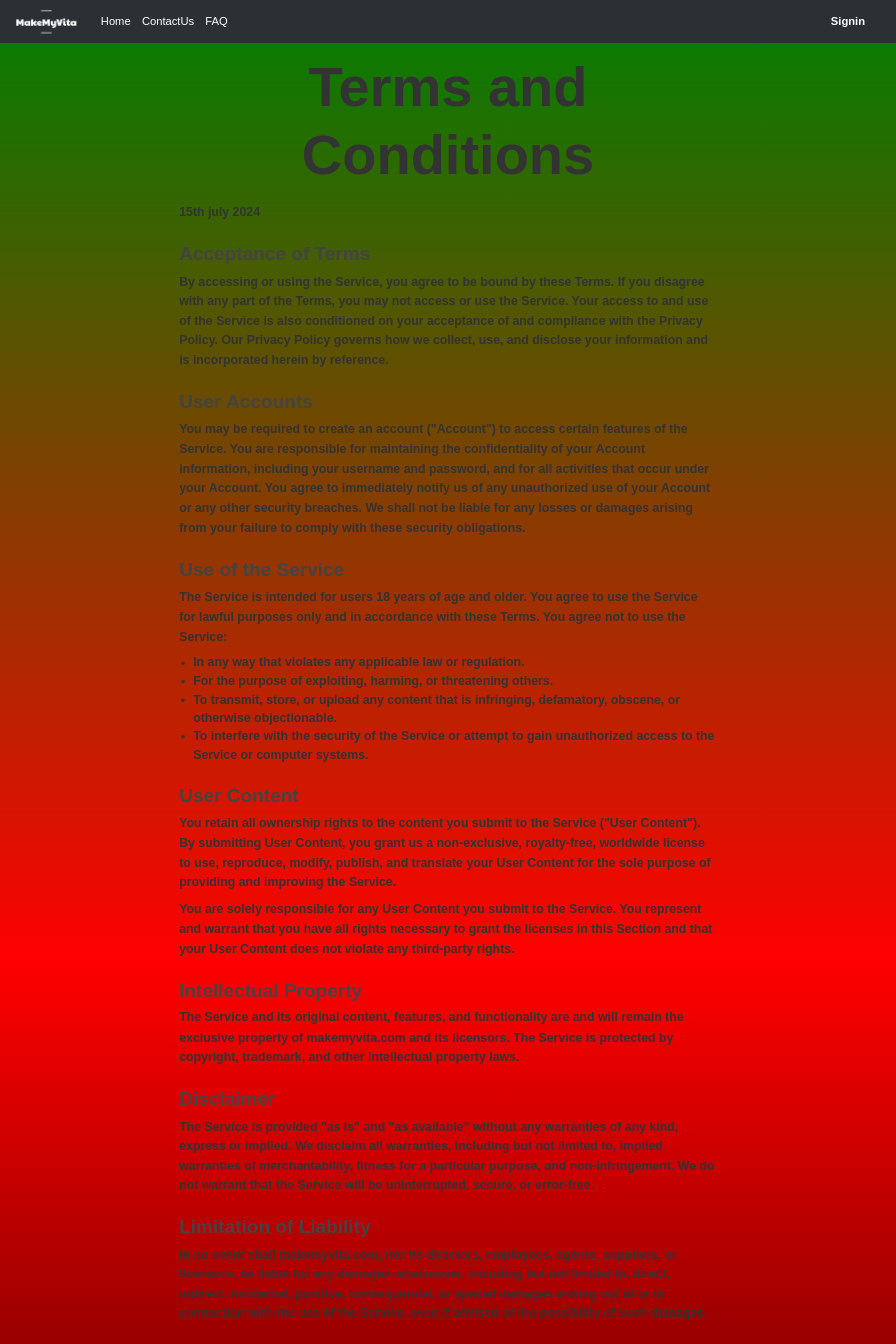
Repository: Tejaakshaykumar/MakeMyVita-Resume-Builder-Website
Page: /T&C (app in frontend/)
The author's editor kept a copy of each file at every save. The page is drawn from the files as they stood at one save, then again after the next save.
The browser window is 1280 px wide. The pictures show the part of the page from y = 0 to 1920 px (the page is 2936 px tall), at 70% of full size.
Some web libraries are served in a nearby version. The project was rebuilt for these pictures with package versions that can differ from the ones it lists, and the page was loaded fresh each time. Also part of the build but not shown: frontend/src/App.css, frontend/src/containers/About.js, frontend/src/containers/Buildresume.js, frontend/src/containers/Images.js, frontend/src/containers/Features.js, frontend/src/containers/Review.js, frontend/src/containers/Trybox.js, frontend/src/containers/Motionbox.js and 5 more.

Above is the page before, as saved 2024-06-10 11:45:35.

After the next save:
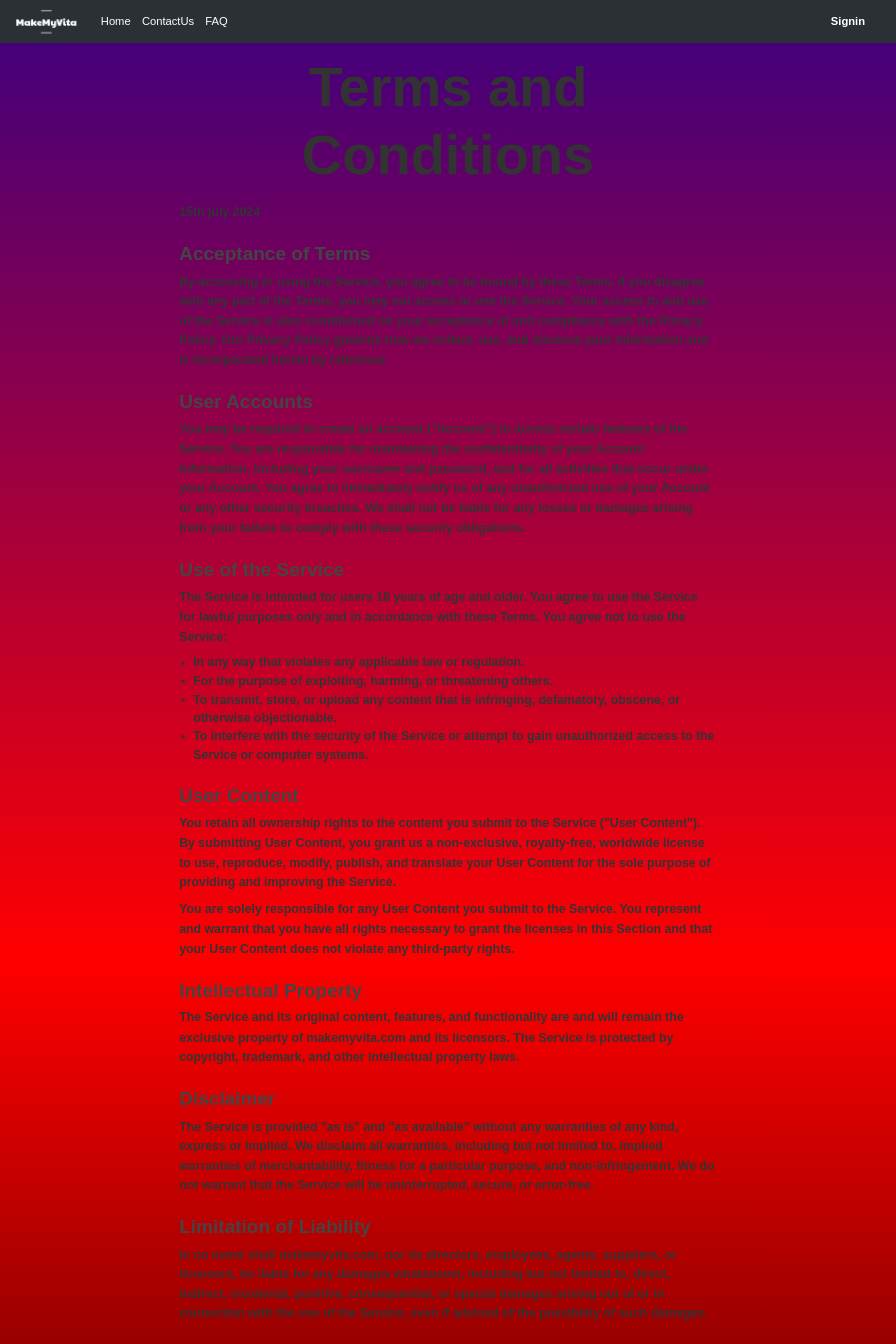
Saved 7 s later.
--- a/frontend/src/pages/pagestyles.css
+++ b/frontend/src/pages/pagestyles.css
@@ -5,7 +5,7 @@
     /* margin: 0 auto; */
     padding: 6% 20%;
     font-family: Arial, sans-serif;
-    background: linear-gradient(to top,rgb(0, 0, 0),rgb(255, 0, 0),green);
+    background: linear-gradient(to top,rgb(0, 0, 0),rgb(255, 0, 0),rgb(60, 0, 128));
     color: #333;
     /* margin-top: 7%; */
     margin-bottom: -2%;
